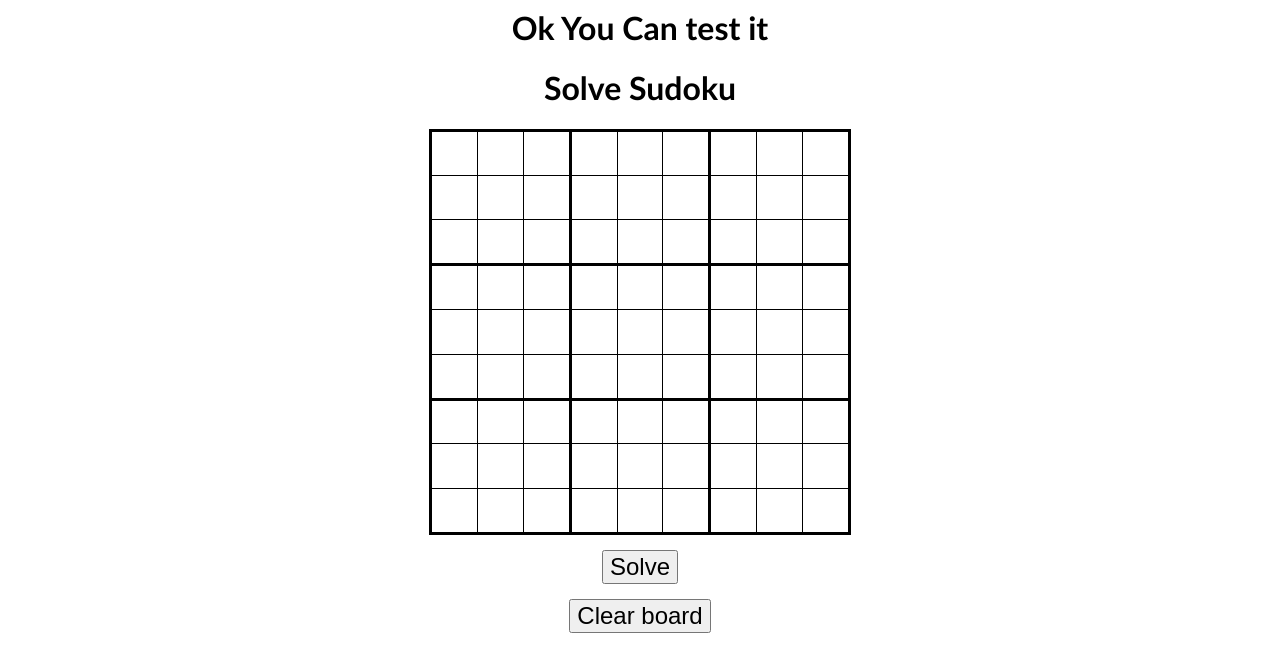
Repository: Sayan-100/Sudoku-solver
Page: sudokuSolver-main/index.html
These files come from the project's save history. The page is drawn as it stood at one moment and after the next save; the edit follows.
The browser window is 1280 px wide. The pictures show the whole page.

Above is the page before, as saved 2022-08-07 21:26:04.

### sudokuSolver-main/index.html
<html>

<head>
    <title></title>
    <script type="text/javascript" src="sudoku.js"></script>
    <script type="text/javascript" src="analytics.js"></script>
    <style type="text/css">
        body {
            font-family: Calibri, sans-serif;
        }

        #container {
            text-align: center
        }

        table {
            border-collapse: collapse;
            font-size: 2em;
            margin: 0 auto;
        }

        colgroup,
        tbody {
            border: solid medium;
        }

        td {
            border: solid thin;
            height: 1.4em;
            width: 1.4em;
            text-align: center;
            padding: 0;
        }

        button {
            margin-top: 15px;
            font-size: 1.5em;
        }

        padd {
            padding-bottom: 100px;
        }

        ]
    </style>
</head>

<body>


    <div id="container">
        <!-- <img src="gfg.png" style = "height:100px ; width: 400px; align ="left" "  > -->

        <h1 class="padd">Ok You Can test it</h1>
        <h1 class="padd"> Solve Sudoku</h1>

        <table id="sudoku-board">


            <colgroup>
                <col>
                <col>
                <col>
                <colgroup>
                    <col>
                    <col>
                    <col>
                    <colgroup>
                        <col>
                        <col>
                        <col>
                        <tbody>
                            <tr>
                                <td contenteditable="true"></td>
                                <td contenteditable="true"></td>
                                <td contenteditable="true"></td>
                                <td contenteditable="true"></td>
                                <td contenteditable="true"></td>
                                <td contenteditable="true"></td>
                                <td contenteditable="true"></td>
                                <td contenteditable="true"></td>
                                <td contenteditable="true"></td>
                                <tr>
                                    <td contenteditable="true"></td>
                                    <td contenteditable="true"></td>
                                    <td contenteditable="true"></td>
                                    <td contenteditable="true"></td>
                                    <td contenteditable="true"></td>
                                    <td contenteditable="true"></td>
                                    <td contenteditable="true"></td>
                                    <td contenteditable="true"></td>
                                    <td contenteditable="true"></td>
                                    <tr>
                                        <td contenteditable="true"></td>
                                        <td contenteditable="true"></td>
                                        <td contenteditable="true"></td>
                                        <td contenteditable="true"></td>
                                        <td contenteditable="true"></td>
                                        <td contenteditable="true"></td>
                                        <td contenteditable="true"></td>
                                        <td contenteditable="true"></td>
                                        <td contenteditable="true"></td>
                                        <tbody>
                                            <tr>
                                                <td contenteditable="true"></td>
                                                <td contenteditable="true"></td>
                                                <td contenteditable="true"></td>
                                                <td contenteditable="true"></td>
                                                <td contenteditable="true"></td>
                                                <td contenteditable="true"></td>
                                                <td contenteditable="true"></td>
                                                <td contenteditable="true"></td>
                                                <td contenteditable="true"></td>
                                                <tr>
                                                    <td contenteditable="true"></td>
                                                    <td contenteditable="true"></td>
                                                    <td contenteditable="true"></td>
                                                    <td contenteditable="true"></td>
                                                    <td contenteditable="true"></td>
                                                    <td contenteditable="true"></td>
                                                    <td contenteditable="true"></td>
                                                    <td contenteditable="true"></td>
                                                    <td contenteditable="true"></td>
                                                    <tr>
                                                        <td contenteditable="true"></td>
                                                        <td contenteditable="true"></td>
                                                        <td contenteditable="true"></td>
                                                        <td contenteditable="true"></td>
                                                        <td contenteditable="true"></td>
                                                        <td contenteditable="true"></td>
                                                        <td contenteditable="true"></td>
                                                        <td contenteditable="true"></td>
                                                        <td contenteditable="true"></td>
                                                        <tbody>
                                                            <tr>
                                                                <td contenteditable="true"></td>
                                                                <td contenteditable="true"></td>
                                                                <td contenteditable="true"></td>
                                                                <td contenteditable="true"></td>
                                                                <td contenteditable="true"></td>
                                                                <td contenteditable="true"></td>
                                                                <td contenteditable="true"></td>
                                                                <td contenteditable="true"></td>
                                                                <td contenteditable="true"></td>
                                                                <tr>
                                                                    <td contenteditable="true"></td>
                                                                    <td contenteditable="true"></td>
                                                                    <td contenteditable="true"></td>
                                                                    <td contenteditable="true"></td>
                                                                    <td contenteditable="true"></td>
                                                                    <td contenteditable="true"></td>
                                                                    <td contenteditable="true"></td>
                                                                    <td contenteditable="true"></td>
                                                                    <td contenteditable="true"></td>
                                                                    <tr>
                                                                        <td contenteditable="true"></td>
                                                                        <td contenteditable="true"></td>
                                                                        <td contenteditable="true"></td>
                                                                        <td contenteditable="true"></td>
                                                                        <td contenteditable="true"></td>
                                                                        <td contenteditable="true"></td>
                                                                        <td contenteditable="true"></td>
                                                                        <td contenteditable="true"></td>
                                                                        <td contenteditable="true"></td>
        </table>
        <div>
            <button id="solve-button">Solve</button>
        </div>
        <div>
            <button id="clear-button">Clear board</button>
        </div>
    </div>
</body>

<script type="text/javascript">
    document.getElementById("sudoku-board").addEventListener("keyup", function(event) {
        if (event.target && event.target.nodeName == "TD") {
            var validNum = /[1-9]/;
            var tdEl = event.target;
            if (tdEl.innerText.length > 0 && validNum.test(tdEl.innerText[0])) {
                tdEl.innerText = tdEl.innerText[0];
            } else {
                tdEl.innerText = "";
            }
        }
    });

    document.getElementById("solve-button").addEventListener("click", function(event) {
        var boardString = boardToString();
        var solution = SudokuSolver.solve(boardString);
        if (solution) {
            stringToBoard(solution);
        } else {
            alert("Invalid board!");
        }
    })

    document.getElementById("clear-button").addEventListener("click", clearBoard);

    function clearBoard() {
        var tds = document.getElementsByTagName("td");
        for (var i = 0; i < tds.length; i++) {
            tds[i].innerText = "";
        }
    }

    function boardToString() {
        var string = "";
        var validNum = /[1-9]/;
        var tds = document.getElementsByTagName("td");
        for (var i = 0; i < tds.length; i++) {
            if (validNum.test(tds[i].innerText[0])) {
                string += tds[i].innerText;
            } else {
                string += "-";
            }
        }
        return string;
    }

    function stringToBoard(string) {
        var currentCell;
        var validNum = /[1-9]/;
        var cells = string.split("");
        var tds = document.getElementsByTagName("td");
        for (var i = 0; i < tds.length; i++) {
            currentCell = cells.shift();
            if (validNum.test(currentCell)) {
                tds[i].innerText = currentCell;
            }
        }
    }
</script>

</html>

### sudokuSolver-main/sudoku.js
"use strict";

var EASY_PUZZLE = "1-58-2----9--764-52--4--819-19--73-6762-83-9-----61-5---76---3-43--2-5-16--3-89--";
var MEDIUM_PUZZLE = "-3-5--8-45-42---1---8--9---79-8-61-3-----54---5------78-----7-2---7-46--61-3--5--";
var HARD_PUZZLE = "8----------36------7--9-2---5---7-------457-----1---3---1----68--85---1--9----4--";

// Set this variable to true to publicly expose otherwise private functions inside of SudokuSolver
var TESTABLE = true;

var SudokuSolver = function (testable) {
  var solver;

  // PUBLIC FUNCTIONS
  function solve(boardString) {
    var boardArray = boardString.split("");
    if (boardIsInvalid(boardArray)) {
      return false;
    }
    return recursiveSolve(boardString);
  }

  function solveAndPrint(boardString) {
    var solvedBoard = solve(boardString);
    console.log(toString(solvedBoard.split("")));
    return solvedBoard;
  }

  // PRIVATE FUNCTIONS
  function recursiveSolve(boardString) {
    var boardArray = boardString.split("");
    if (boardIsSolved(boardArray)) {
      return boardArray.join("");
    }
    var cellPossibilities = getNextCellAndPossibilities(boardArray);
    var nextUnsolvedCellIndex = cellPossibilities.index;
    var possibilities = cellPossibilities.choices;
    for (var i = 0; i < possibilities.length; i++) {
      boardArray[nextUnsolvedCellIndex] = possibilities[i];
      var solvedBoard = recursiveSolve(boardArray.join(""));
      if (solvedBoard) {
        return solvedBoard;
      }
    }
    return false;
  }

  function boardIsInvalid(boardArray) {
    return !boardIsValid(boardArray);
  }

  function boardIsValid(boardArray) {
    return allRowsValid(boardArray) && allColumnsValid(boardArray) && allBoxesValid(boardArray);
  }

  function boardIsSolved(boardArray) {
    for (var i = 0; i < boardArray.length; i++) {
      if (boardArray[i] === "-") {
        return false;
      }
    }
    return true;
  }

  function getNextCellAndPossibilities(boardArray) {
    for (var i = 0; i < boardArray.length; i++) {
      if (boardArray[i] === "-") {
        var existingValues = getAllIntersections(boardArray, i);
        var choices = ["1", "2", "3", "4", "5", "6", "7", "8", "9"].filter(function (num) {
          return existingValues.indexOf(num) < 0;
        });
        return { index: i, choices: choices };
      }
    }
  }

  function getAllIntersections(boardArray, i) {
    return getRow(boardArray, i).concat(getColumn(boardArray, i)).concat(getBox(boardArray, i));
  }

  function allRowsValid(boardArray) {
    return [0, 9, 18, 27, 36, 45, 54, 63, 72].map(function (i) {
      return getRow(boardArray, i);
    }).reduce(function (validity, row) {
      return collectionIsValid(row) && validity;
    }, true);
  }

  function getRow(boardArray, i) {
    var startingEl = Math.floor(i / 9) * 9;
    return boardArray.slice(startingEl, startingEl + 9);
  }

  function allColumnsValid(boardArray) {
    return [0, 1, 2, 3, 4, 5, 6, 7, 8].map(function (i) {
      return getColumn(boardArray, i);
    }).reduce(function (validity, row) {
      return collectionIsValid(row) && validity;
    }, true);
  }

  function getColumn(boardArray, i) {
    var startingEl = Math.floor(i % 9);
    return [0, 1, 2, 3, 4, 5, 6, 7, 8].map(function (num) {
      return boardArray[startingEl + num * 9];
    });
  }

  function allBoxesValid(boardArray) {
    return [0, 3, 6, 27, 30, 33, 54, 57, 60].map(function (i) {
      return getBox(boardArray, i);
    }).reduce(function (validity, row) {
      return collectionIsValid(row) && validity;
    }, true);
  }

  function getBox(boardArray, i) {
    var boxCol = Math.floor(i / 3) % 3;
    var boxRow = Math.floor(i / 27);
    var startingIndex = boxCol * 3 + boxRow * 27;
    return [0, 1, 2, 9, 10, 11, 18, 19, 20].map(function (num) {
      return boardArray[startingIndex + num];
    });
  }

  function collectionIsValid(collection) {
    var numCounts = {};
    for(var i = 0; i < collection.length; i++) {
      if (collection[i] != "-") {
        if (numCounts[collection[i]] === undefined) {
          numCounts[collection[i]] = 1;
        } else {
          return false;
        }
      }
    }
    return true;
  }

  function toString(boardArray) {
    return [0, 9, 18, 27, 36, 45, 54, 63, 72].map(function (i) {
      return getRow(boardArray, i).join(" ");
    }).join("\n");
  }

  if (testable) {
    // These methods will be exposed publicly when testing is on.
    solver = {
      solve: solve,
      solveAndPrint: solveAndPrint,
      recursiveSolve: recursiveSolve,
      boardIsInvalid: boardIsInvalid,
      boardIsValid: boardIsValid,
      boardIsSolved: boardIsSolved,
      getNextCellAndPossibilities: getNextCellAndPossibilities,
      getAllIntersections: getAllIntersections,
      allRowsValid: allRowsValid,
      getRow: getRow,
      allColumnsValid: allColumnsValid,
      getColumn: getColumn,
      allBoxesValid: allBoxesValid,
      getBox: getBox,
      collectionIsValid: collectionIsValid,
      toString: toString };
  } else {
    // These will be the only public methods when testing is off.
    solver = { solve: solve,
      solveAndPrint: solveAndPrint };
  }

  return solver;
}(TESTABLE);

After the next save:
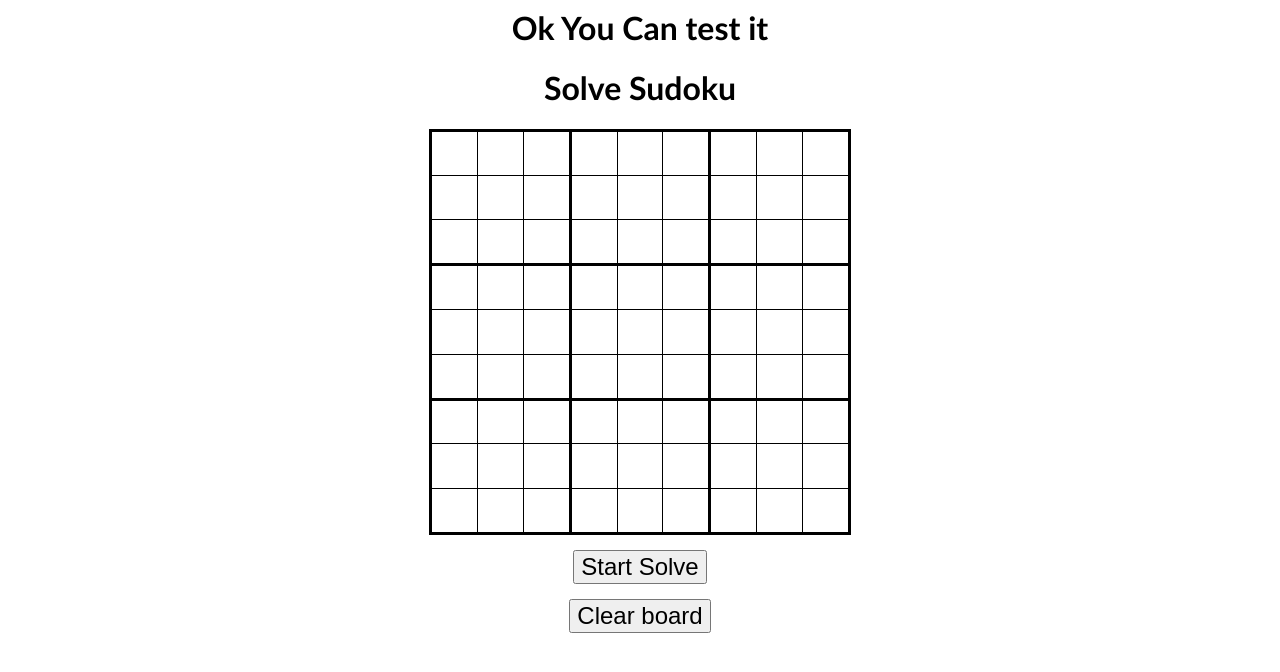
Saved 34 s later.
--- a/sudokuSolver-main/index.html
+++ b/sudokuSolver-main/index.html
@@ -164,7 +164,7 @@
                                                                         <td contenteditable="true"></td>
         </table>
         <div>
-            <button id="solve-button">Solve</button>
+            <button id="solve-button">Start Solve</button>
         </div>
         <div>
             <button id="clear-button">Clear board</button>
